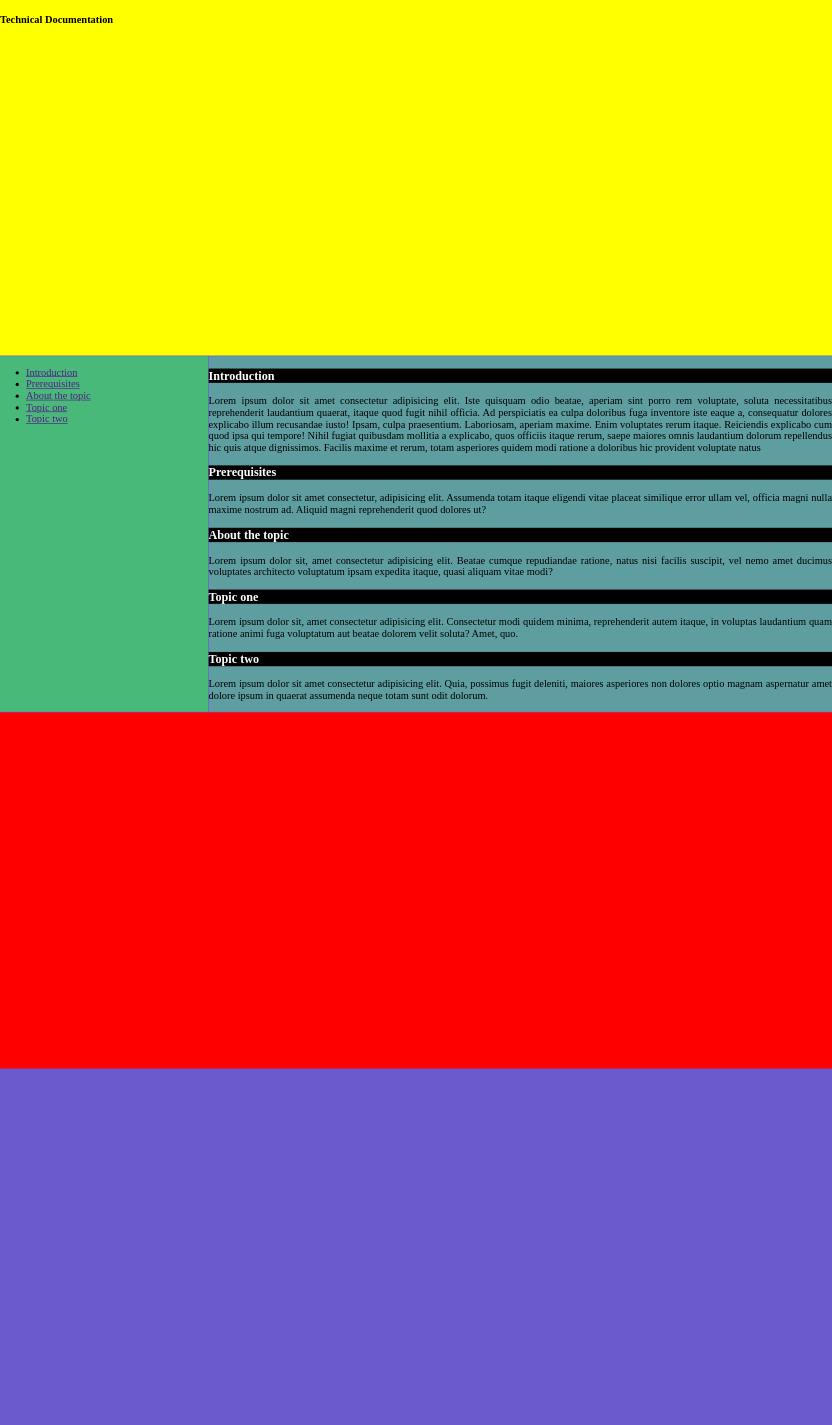
Repository: JoaoLemesDEV/Excercise-Tech-Documentation-Page
Page: index.html
These files come from the project's save history. The page is drawn as it stood at one moment and after a run of saves; the edit follows.
The browser window is 1280 px wide. The pictures show the whole page, at 65% of full size.

Above is the page before, as saved 2021-10-03 22:09:20.

After the next 3 saves:
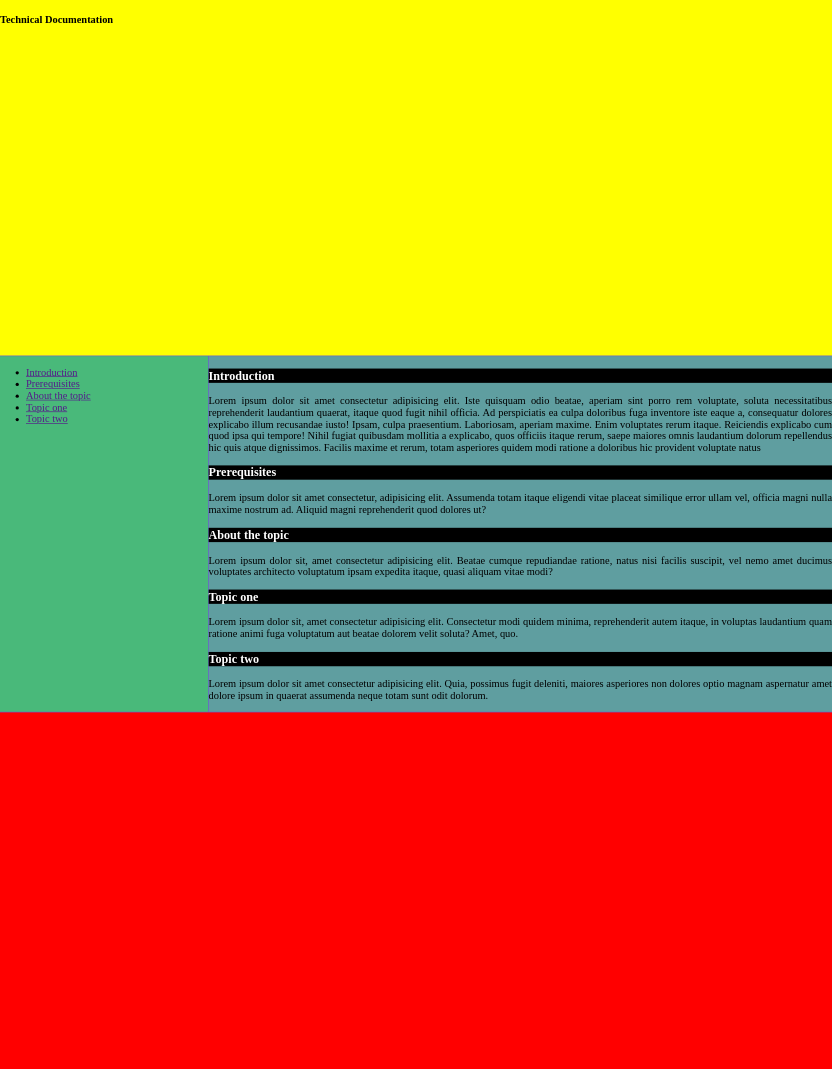
The 3 saves are shown as one change because they came seconds apart.
The last was saved 16 s later.
--- a/index.css
+++ b/index.css
@@ -7,7 +7,7 @@ html body {
 .wrapper {
   display: grid;
   grid-template-columns: 1fr 3fr;
-  grid-template-rows: 1fr 1fr 1fr 1fr; //20vh 70vh 10vh;
+  grid-template-rows: 1fr 1fr 1fr;
   grid-gap: 1px 1px;
   grid-template-areas: "h h" "a m" "f f";
 }
